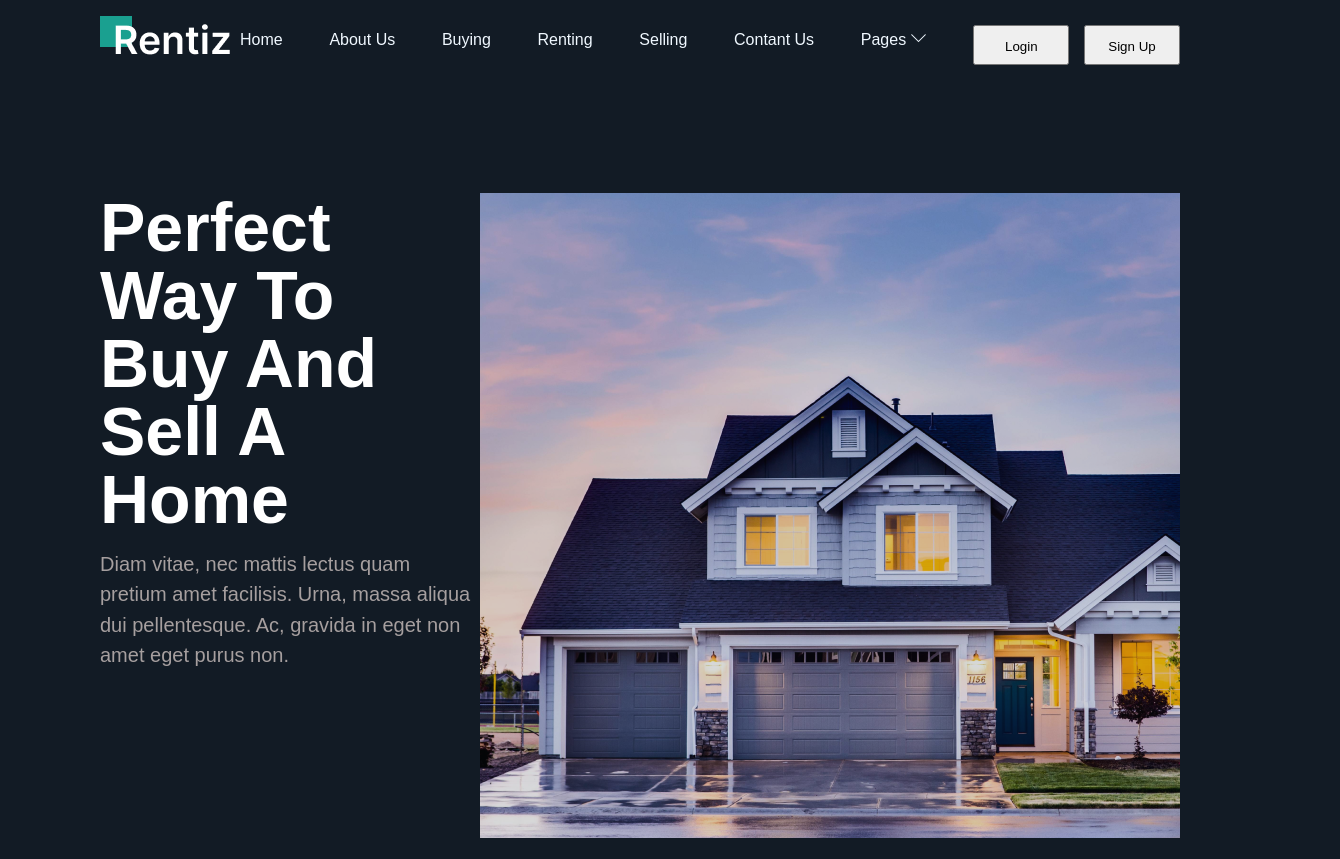
Repository: tung1233hhhhhhhhhhhhh/WebClone-Home
Page: index.html
These files come from the project's save history. The page is drawn as it stood at one moment and after the next save; the edit follows.
The browser window is 1280 px wide. The page is 1280 px wide, then 1340 px, then 1280 px, so the pictures cover 1340 px, including what lies to the right of the window. The pictures show the whole page.

Above is the page before, as saved 2023-05-23 15:02:36.

After the next save:
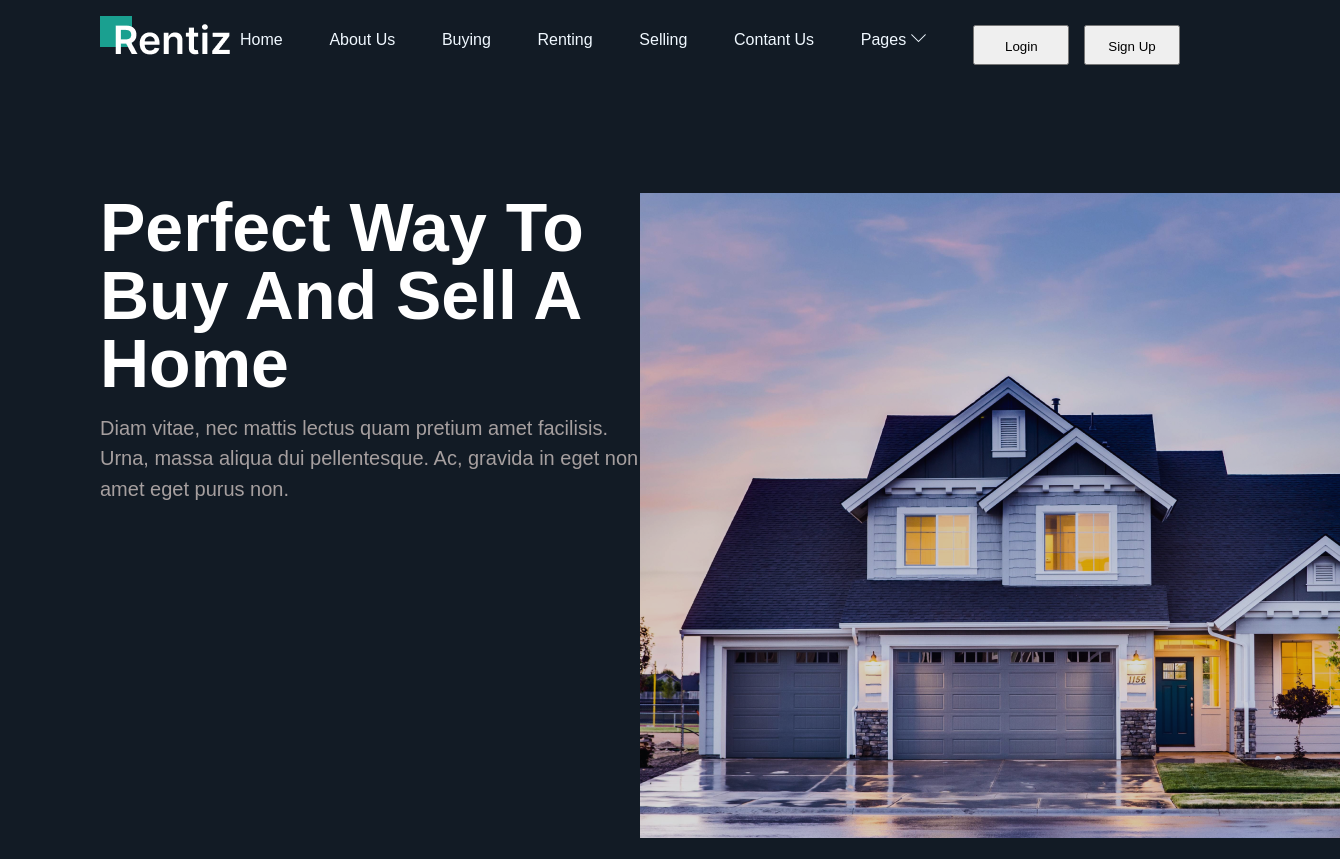
Saved 28 s later.
--- a/assets/css/main.css
+++ b/assets/css/main.css
@@ -100,3 +100,7 @@ body {
     color: var(--light-text-color);
     margin-bottom: 1rem;
 }
+
+#billboard .main .billboard-img {
+    width: 50%;
+}

After the 2 saves that followed:
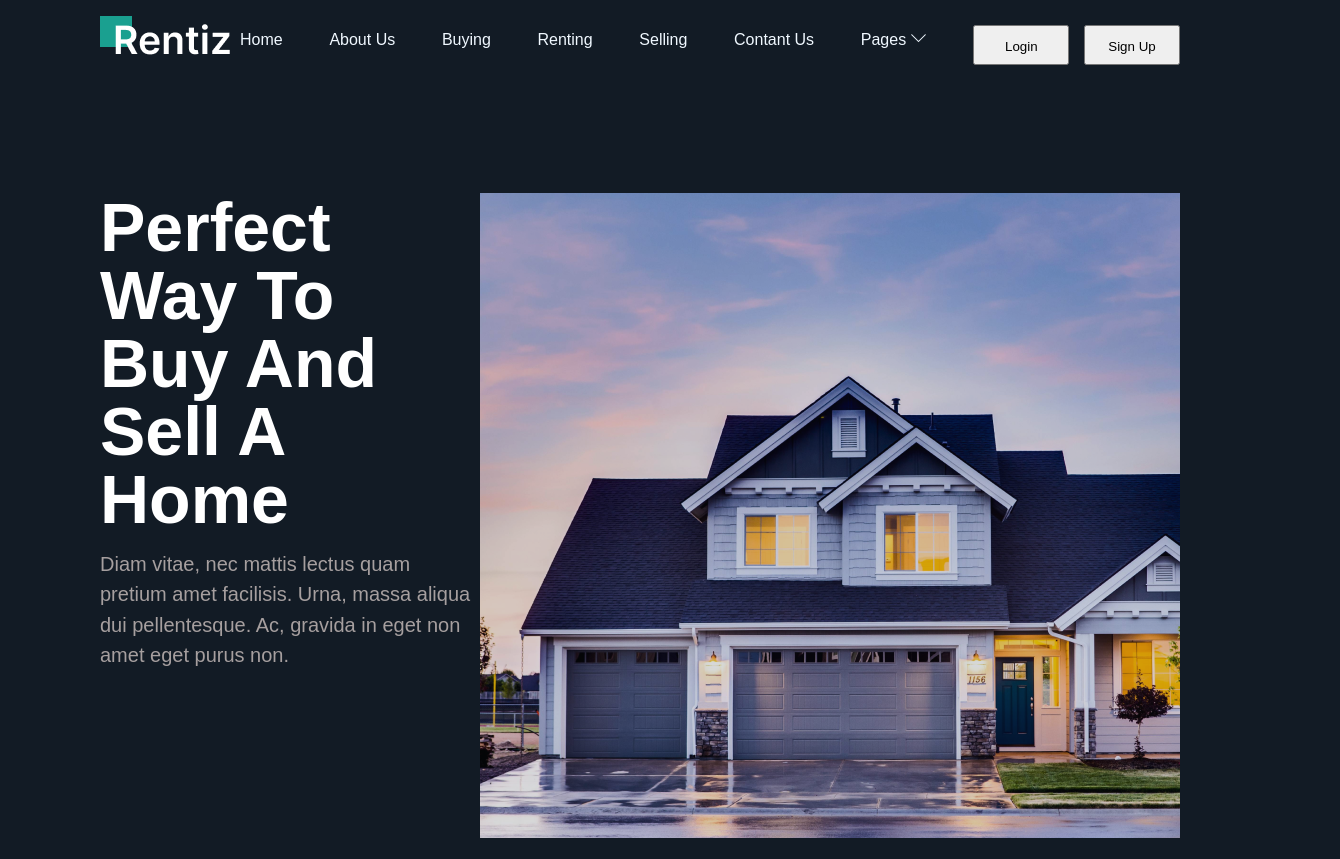
The 2 saves are shown as one change because they came seconds apart.
The last was saved 12 s later.
--- a/assets/css/main.css
+++ b/assets/css/main.css
@@ -102,5 +102,5 @@ body {
 }
 
 #billboard .main .billboard-img {
-    width: 50%;
+    /* width: 49%; */
 }
